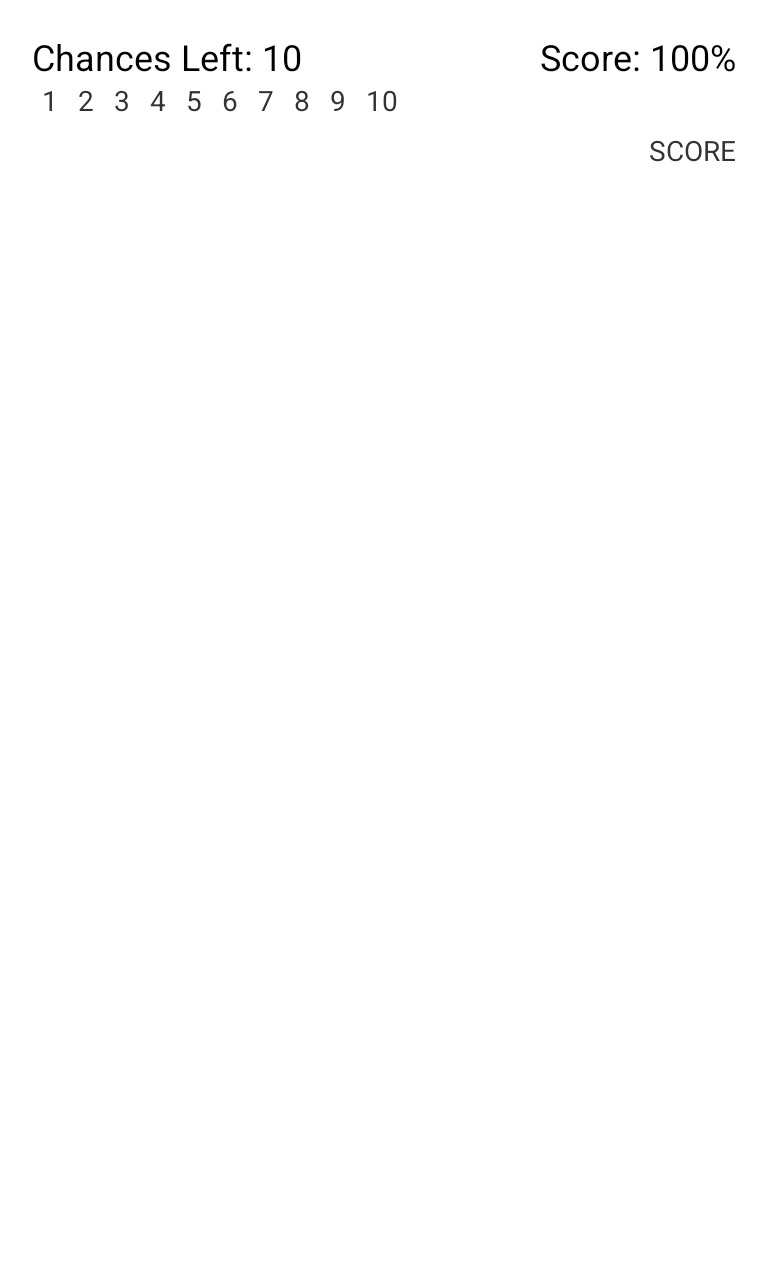
Repository: lethe13/AndroidProgramming
Layout: COMP304-Group1-MicroProject5/res/layout/activity_graphical_guessing_game.xml
These files come from the project's save history. The layout is drawn as it stood at one moment and after the next save; the edit follows.
It is drawn on a 768 x 1280 px phone screen (xhdpi) without system bars, with theme AppTheme; the app's code is not run.

Above is the layout before, as saved 2015-11-16 20:52:16.

### COMP304-Group1-MicroProject5/res/layout/activity_graphical_guessing_game.xml
<RelativeLayout xmlns:android="http://schemas.android.com/apk/res/android"
    xmlns:tools="http://schemas.android.com/tools"
    android:layout_width="match_parent"
    android:layout_height="match_parent"
    android:paddingBottom="@dimen/activity_vertical_margin"
    android:paddingLeft="@dimen/activity_horizontal_margin"
    android:paddingRight="@dimen/activity_horizontal_margin"
    android:paddingTop="@dimen/activity_vertical_margin"
    tools:context="com.example.comp304_group1_microproject5.GraphicalGuessingGame" >

     <TextView
        android:id="@+id/lblChance"
        android:layout_width="wrap_content"
        android:layout_height="wrap_content"
        android:text="Chances Left: 10"
        android:textAppearance="?android:attr/textAppearanceMedium" />

     <TextView
        android:id="@+id/lblScore"
        android:layout_width="wrap_content"
        android:layout_height="wrap_content"
        android:text="Score: 100%"
        android:layout_alignParentRight="true"
        android:textAppearance="?android:attr/textAppearanceMedium" />

<!--
    <TextView
        android:id="@+id/lblInput"
        android:layout_width="wrap_content"
        android:layout_height="wrap_content"
        android:layout_marginTop="10dp"
        android:layout_below="@+id/lblChance"
        android:text="Guess a number between 0 and 100!"
        android:textAppearance="?android:attr/textAppearanceMedium" />

    <EditText
        android:id="@+id/txtInput"
        android:layout_width="wrap_content"
        android:layout_height="wrap_content"
        android:layout_below="@+id/lblInput"
        android:inputType="number"
        android:ems="10" >

        <requestFocus />
    </EditText>

   <Button
        android:id="@+id/btnGo"
        android:layout_width="wrap_content"
        android:layout_height="wrap_content"
        android:layout_centerHorizontal="true"
        android:layout_below="@+id/txtInput"
        android:text="Guess" />

    <TextView
       android:id="@+id/lblMessage"
       android:layout_width="wrap_content"
       android:layout_height="wrap_content"
       android:layout_marginTop="10dp"
       android:layout_below="@+id/btnGo"
       android:text="" />

 -->

    <TableLayout
        android:id="@+id/tblGame"
        android:layout_width="wrap_content"
        android:layout_height="wrap_content"
        android:layout_centerVertical="true"
        android:layout_below="@+id/lblChance" >

        <TableRow
            android:id="@+id/tableRow1"
            android:layout_width="wrap_content"
            android:layout_height="wrap_content" >

            <TextView android:id="@+id/tv1"
		       android:layout_width="wrap_content"
		       android:layout_height="wrap_content"
		       android:paddingLeft="5dp"
		       android:paddingRight="5dp"
		       android:text="1" />

            <TextView android:id="@+id/tv2"
		       android:layout_width="wrap_content"
		       android:layout_height="wrap_content"
		       android:paddingLeft="5dp"
		       android:paddingRight="5dp"
		       android:text="2" />

            <TextView android:id="@+id/tv3"
		       android:layout_width="wrap_content"
		       android:layout_height="wrap_content"
		       android:paddingLeft="5dp"
		       android:paddingRight="5dp"
		       android:text="3" />

            <TextView android:id="@+id/tv4"
		       android:layout_width="wrap_content"
		       android:layout_height="wrap_content"
		       android:paddingLeft="5dp"
		       android:paddingRight="5dp"
		       android:text="4" />

            <TextView android:id="@+id/tv5"
		       android:layout_width="wrap_content"
		       android:layout_height="wrap_content"
		       android:paddingLeft="5dp"
		       android:paddingRight="5dp"
		       android:text="5" />

            <TextView android:id="@+id/tv6"
		       android:layout_width="wrap_content"
		       android:layout_height="wrap_content"
		       android:paddingLeft="5dp"
		       android:paddingRight="5dp"
		       android:text="6" />

            <TextView android:id="@+id/tv7"
		       android:layout_width="wrap_content"
		       android:layout_height="wrap_content"
		       android:paddingLeft="5dp"
		       android:paddingRight="5dp"
		       android:text="7" />

            <TextView android:id="@+id/tv8"
		       android:layout_width="wrap_content"
		       android:layout_height="wrap_content"
		       android:paddingLeft="5dp"
		       android:paddingRight="5dp"
		       android:text="8" />

            <TextView android:id="@+id/tv9"
		       android:layout_width="wrap_content"
		       android:layout_height="wrap_content"
		       android:paddingLeft="5dp"
		       android:paddingRight="5dp"
		       android:text="9" />

            <TextView android:id="@+id/tv10"
		       android:layout_width="wrap_content"
		       android:layout_height="wrap_content"
		       android:paddingLeft="5dp"
		       android:paddingRight="5dp"
		       android:text="10" />
        </TableRow>

    </TableLayout>

    <LinearLayout
        android:id="@+id/drawarea"
        android:layout_width="wrap_content"
        android:layout_height="wrap_content"
        android:layout_alignParentRight="true"
        android:layout_below="@+id/lblScore"
        android:orientation="vertical" >

        <TextView android:id="@+id/tvScore"
		        android:layout_width="wrap_content"
		        android:layout_height="wrap_content"
				android:layout_marginTop="25dp"
				android:background="#FFFFFF"
		        android:text="SCORE" />
    </LinearLayout>

</RelativeLayout>

Loaded but not shown: COMP304-Group1-MicroProject5/res/values/styles.xml (common file); COMP304-Group1-MicroProject5/res/values-v11/styles.xml (common file); COMP304-Group1-MicroProject5/res/values-v14/styles.xml (common file); COMP304-Group1-MicroProject5/res/values/dimens.xml (common file); COMP304-Group1-MicroProject5/res/values-w820dp/dimens.xml (common file)

After the next save:
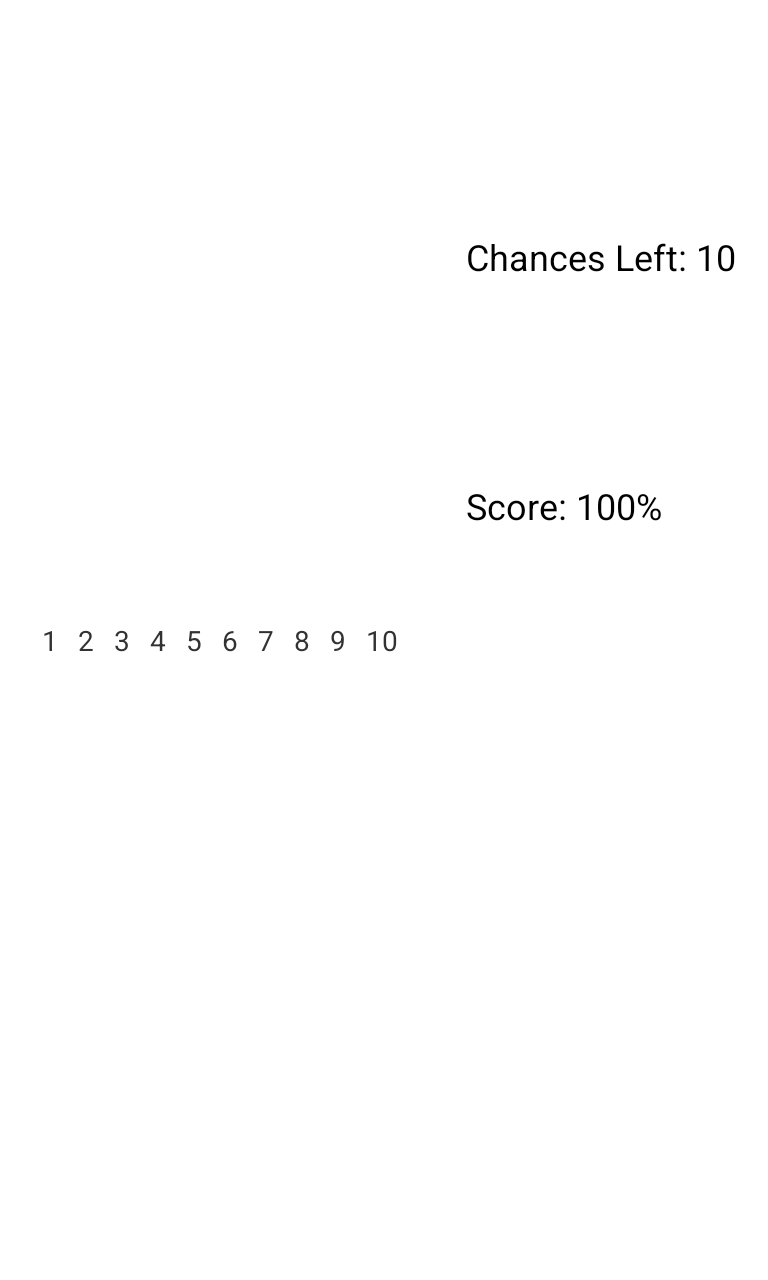
Saved 8 min 16 s later.
--- a/COMP304-Group1-MicroProject5/res/layout/activity_graphical_guessing_game.xml
+++ b/COMP304-Group1-MicroProject5/res/layout/activity_graphical_guessing_game.xml
@@ -8,20 +8,7 @@
     android:paddingTop="@dimen/activity_vertical_margin"
     tools:context="com.example.comp304_group1_microproject5.GraphicalGuessingGame" >
 
-     <TextView
-        android:id="@+id/lblChance"
-        android:layout_width="wrap_content"
-        android:layout_height="wrap_content"
-        android:text="Chances Left: 10"
-        android:textAppearance="?android:attr/textAppearanceMedium" />
 
-     <TextView
-        android:id="@+id/lblScore"
-        android:layout_width="wrap_content"
-        android:layout_height="wrap_content"
-        android:text="Score: 100%"
-        android:layout_alignParentRight="true"
-        android:textAppearance="?android:attr/textAppearanceMedium" />
 
 <!--
     <TextView
@@ -152,15 +139,25 @@
         android:layout_width="wrap_content"
         android:layout_height="wrap_content"
         android:layout_alignParentRight="true"
-        android:layout_below="@+id/lblScore"
         android:orientation="vertical" >
 
-        <TextView android:id="@+id/tvScore"
-		        android:layout_width="wrap_content"
-		        android:layout_height="wrap_content"
-				android:layout_marginTop="25dp"
-				android:background="#FFFFFF"
-		        android:text="SCORE" />
+         <TextView
+	        android:id="@+id/lblChance"
+	        android:layout_width="wrap_content"
+	        android:layout_height="wrap_content"
+	        android:layout_marginTop="100dp"
+	        android:text="Chances Left: 10"
+	        android:textAppearance="?android:attr/textAppearanceMedium" />
+
+    	 <TextView
+	        android:id="@+id/lblScore"
+	        android:layout_width="wrap_content"
+	        android:layout_height="wrap_content"
+	        android:layout_marginTop="100dp"
+	        android:text="Score: 100%"
+	        android:layout_alignParentRight="true"
+	        android:textAppearance="?android:attr/textAppearanceMedium" />
+
     </LinearLayout>
 
 </RelativeLayout>
